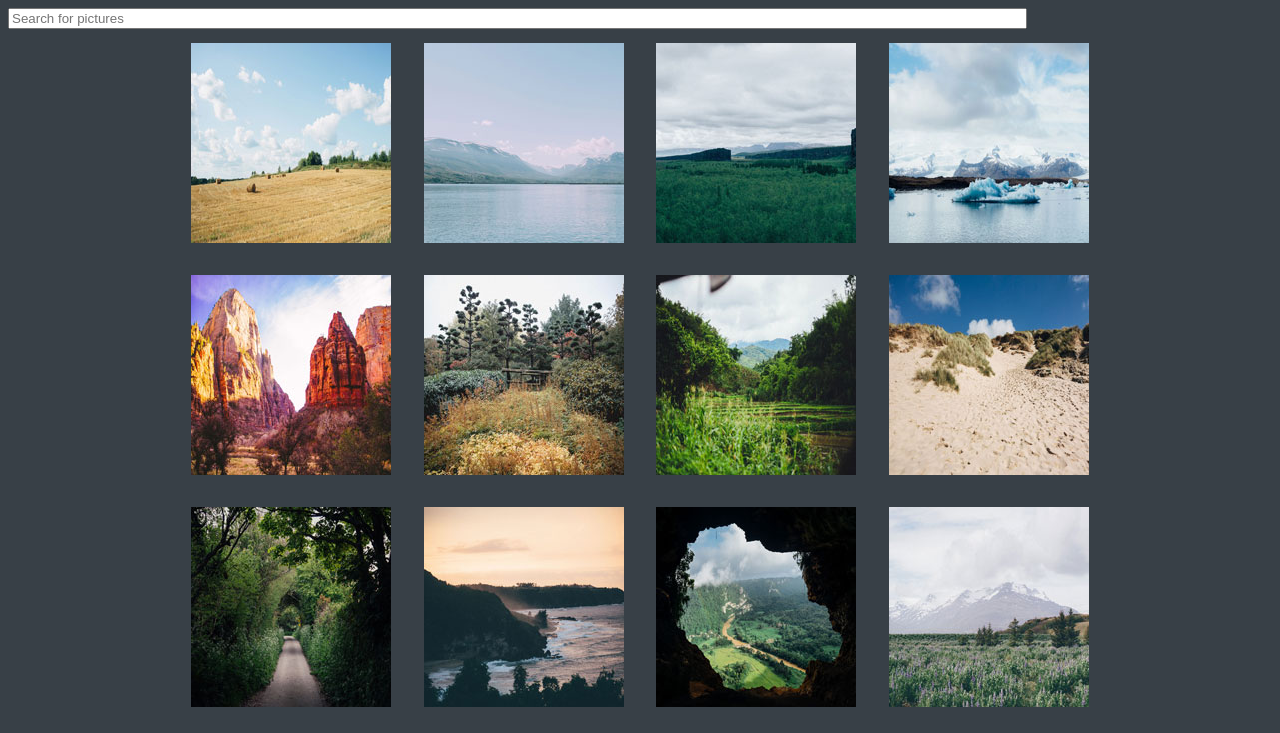
Repository: ramone386/project_4_lightbox
Page: index.html
The author's editor kept a record of every edit. The page is drawn from the files as they stood at one moment, then again after the next edit.
The browser window is 1280 px wide. The pictures show the whole page.
Some web libraries are served in a nearby version.

Above is the page before.
Console error: SyntaxError: Unexpected token '||'

### index.html
<!DOCTYPE html>
<html>
<head>
	<title>Lightbox Project 4</title>
	<link rel="stylesheet" href="css/style.css" type="text/css" media="screen" title="no title">
	<link rel="stylesheet" href="css/blueimp-gallery.min.css">
</head>
<body>

	<!--<input type="text" id="myInput" onkeyup="myFunction()" placeholder="Search for pictures">-->
	<input oninput="w3.filterHTML('#links', 'li', this.value)" placeholder="Search for pictures">

	<ul id ="links">
		<li><a href="images/01.jpg" title="I love hay bales. Took this snap on a drive through the countryside past some straw fields."><img src="images/001.jpg" width="200" alt="Hay bales"></a></li>
		<li><a href="images/02.jpg" title="The lake was so calm today. We had a great view of the snow on the mountains from here."><img src="images/002.jpg" width="200" alt="Lake"></a></li>
		<li><a href="images/03.jpg" title="I hiked to the top of the mountain and got this picture of the canyon and trees below."><img src="images/003.jpg" width="200" alt="Canyon"></a></li>
		<li><a href="images/04.jpg" title="It was amazing to see an iceberg up close, it was so cold but didn’t snow today."><img src="images/004.jpg" width="200" alt="Iceberg"></a></li>
		<li><a href="images/05.jpg" title="The red cliffs were beautiful. It was really hot in the desert but we did a lot of walking through the canyons."><img src="images/005.jpg" width="200" alt="Desert"></a></li>
		<li><a href="images/06.jpg" title="Fall is coming, I love when the leaves on the trees start to change color."><img src="images/006.jpg" width="200" alt="Fall"></a></li>
		<li><a href="images/07.jpg" title="I drove past this plantation yesterday, everything is so green!"><img src="images/007.jpg" width="200" alt="Plantation"></a></li>
		<li><a href="images/08.jpg" title="My summer vacation to the Oregon Coast. I love the sandy dunes!"><img src="images/008.jpg" width="200" alt="Dunes"></a></li>
		<li><a href="images/09.jpg" title="We enjoyed a quiet stroll down this countryside lane."><img src="images/009.jpg" width="200" alt="Countryside Lane"></a></li>
		<li><a href="images/10.jpg" title="Sunset at the coast! The sky turned a lovely shade of orange."><img src="images/010.jpg" width="200" alt="Sunset"></a></li>
		<li><a href="images/11.jpg" title="I did a tour of a cave today and the view of the landscape below was breathtaking."><img src="images/011.jpg" width="200" alt="Cave"></a></li>
		<li><a href="images/12.jpg" title="I walked through this meadow of bluebells and got a good view of the snow on the mountain before the fog came in."><img src="images/012.jpg" width="200" alt="Bluebells"></a></li>
	</ul>

<div id="blueimp-gallery" class="blueimp-gallery blueimp-gallery-controls" style="display: none;">
    <div class="slides"></div>
    <h3 class="title">Caption</h3>
    <a class="prev">‹</a>
    <a class="next">›</a>
    <a class="close">×</a>
    <a class="play-pause"></a>
    <ol class="indicator"></ol>
</div>


    <script src="//code.jquery.com/jquery-1.11.2.min.js"></script>
	<script src="//code.jquery.com/jquery-migrate-1.2.1.min.js"></script>
	<script src="js/blueimp-gallery.min.js"></script>
	<script src="js/navigate.js"></script>
	<script src="js/w3.js"></script>




</body>
</html>

### css/style.css
body {
	font-family: sans-serif;
	background: #384047;
}
h1 {
	color: #fff;
	text-align: center
}

ul {
	list-style:none;
	margin: 0 auto;
	padding: 0;
	display: block;
	max-width: 1024px;
	text-align: center;
}
ul li {
	display: inline-block;
	background:white;
	margin:14px;
}
ul li img {
	display: block;
}
a {
	text-decoration: none;
}
/** Start Coding Here **/
#overlay {
  background: rgba(0, 0, 0, 0.7);
  width:100%;
  height: 100%;
  position: fixed;
  top: 0%;
  left: 0%;
  display: none;
  text-align: center;
}

#overlay img {
	position: fixed;
  /**margin-top: 10%;**/
  /**width:calc( 100% - 30% );**/
  /**height:calc( 100% - 50%);**/
  max-width: 80%;
  max-height: 70%;
	top: 50% ;
	left: 50%;
	transform: translate(-50%, -50%);

}

#overlay p {
  color: white;
}

#myInput {
		margin-top: 10px;
		margin-left: 10%;
		display: inline-block;
		width: 100%;
		max-width: 80%;
    font-size: 16px; /* Increase font-size */
}

#blueimp-gallery img {
		position: fixed;
  /**margin-top: 10%;**/
  /**width:calc( 100% - 30% );**/
  /**height:calc( 100% - 50%);**/
  max-width: 80%;
  max-height: 55%;
	top: 50% ;
	left: 50%;
	transform: translate(-50%, -50%);
}

input {
	margin: 0 auto;
	width: 100%;
	max-width: 80%

}

### js/navigate.js



document.getElementById('links').onclick = function (event) {
    event = event || window.event;
    var target = event.target || event.srcElement,
        link = target.src ? target.parentNode : target,
        options = {index: link, event: event},
        links = this.getElementsByTagName('a');
        /*global blueimp*/
    blueimp.Gallery(links, options);


};


function myFunction() {
    // Declare variables
    var input, filter, ul, li, a, i;
    input = document.getElementById('myInput');
    filter = input.value.toUpperCase();
    ul = document.getElementById("links");
    li = ul.getElementsByTagName('li');

    // Loop through all list items, and hide those who don't match the search query
    for (i = 0; i < li.length; i++) {
        a = li[i].getElementsByTagName("a")[0];
        if (a.innerHTML.toUpperCase().indexOf(filter) > -1) || (title.innerHTML.toUpperCase().indexOf(filter) > -1){
            li[i].style.display = "";
        } else {
            li[i].style.display = "none";
        }
    }
}

Loaded but not shown: css/blueimp-gallery.min.css (library); js/blueimp-gallery.min.js (library); js/w3.js (library)

After the next edit:
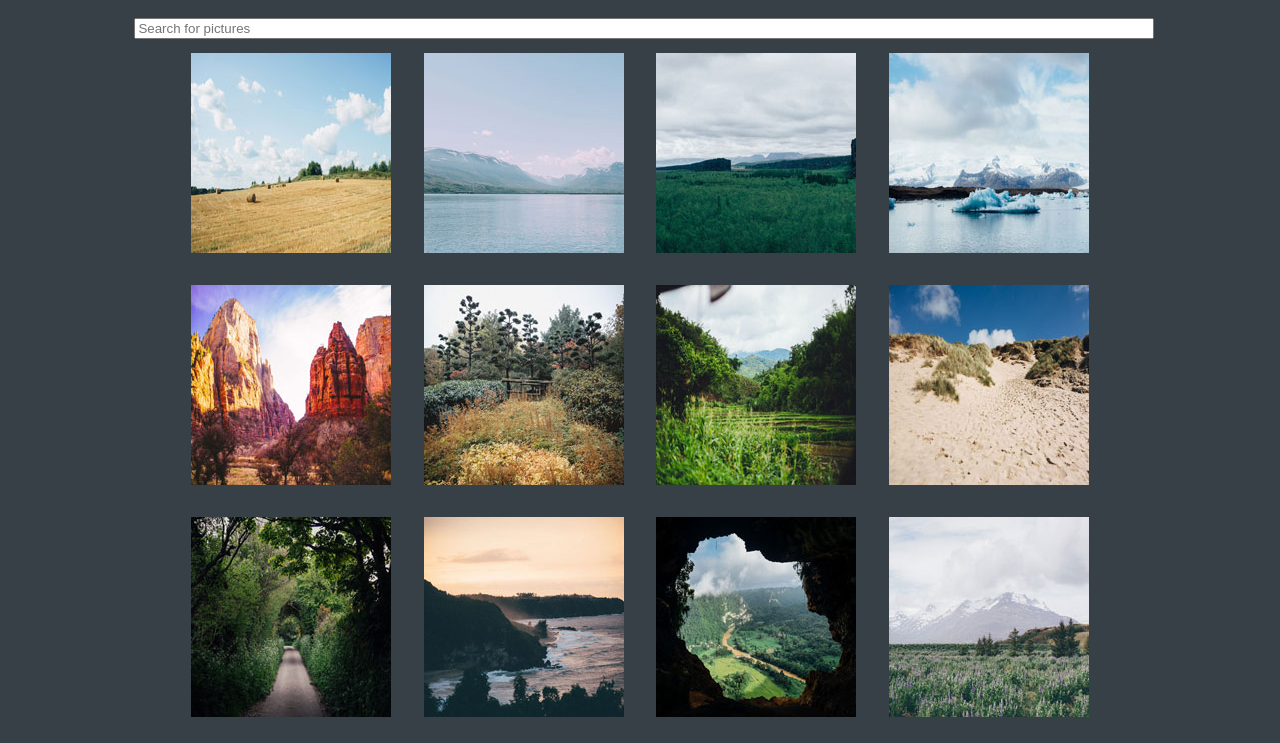
The edit:
--- a/css/style.css
+++ b/css/style.css
@@ -77,7 +77,9 @@
 }
 
 input {
-	margin: 0 auto;
+	margin-top: 10px;
+	margin-left: 10%;
+	display: inline-block;
 	width: 100%;
 	max-width: 80%
 
